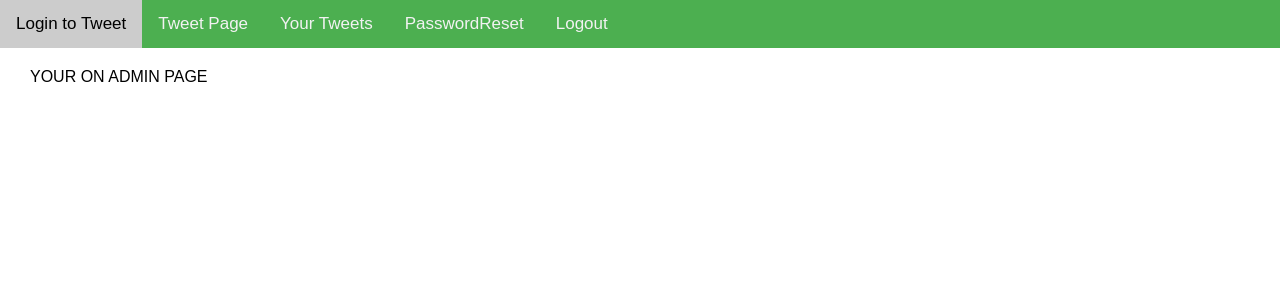
Repository: SriMerla/ServletsAndJsps
Page: http://localhost/WebApplicationProject/admin.jsp
These files come from the project's save history. The page is drawn as it stood at one moment and after the next save; the edit follows.
The browser window is 1280 px wide. The pictures show the whole page.
The page is served by Tomcat 9.

Above is the page before, as saved 2020-01-30 04:57:53.

After the next save:
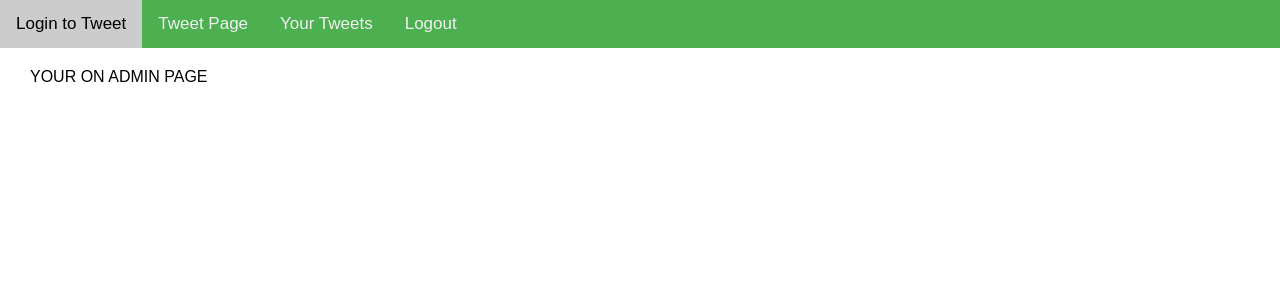
Saved 62 s later.
--- a/Servlets/WebApplicationProject/WebContent/admin.jsp
+++ b/Servlets/WebApplicationProject/WebContent/admin.jsp
@@ -5,17 +5,10 @@
 <head>
 <meta http-equiv="Content-Type" content="text/html; charset=ISO-8859-1">
 <title>Admin Page</title>
-<link rel="stylesheet" type="text/css" href="common.css">
+
 </head>
 <body>
-<div class="topnav">
- <a class="active" href='http://localhost:8080/WebApplicationProject/login.jsp'> Login to Tweet </a>
- <a href='http://localhost:8080/WebApplicationProject/tweet.html'> Tweet Page </a>
- <a href='http://localhost:8080/WebApplicationProject/TweetView.html'> Your Tweets </a>
- <a href='http://localhost:8080/WebApplicationProject/passwordReset.html'> PasswordReset </a>
- <a href='http://localhost:8080/WebApplicationProject/logout.jsp'> Logout </a>
-</div>
-
+ <jsp:include page="header.jsp"/>
 <div class="content">
 <form action="admin">
 
